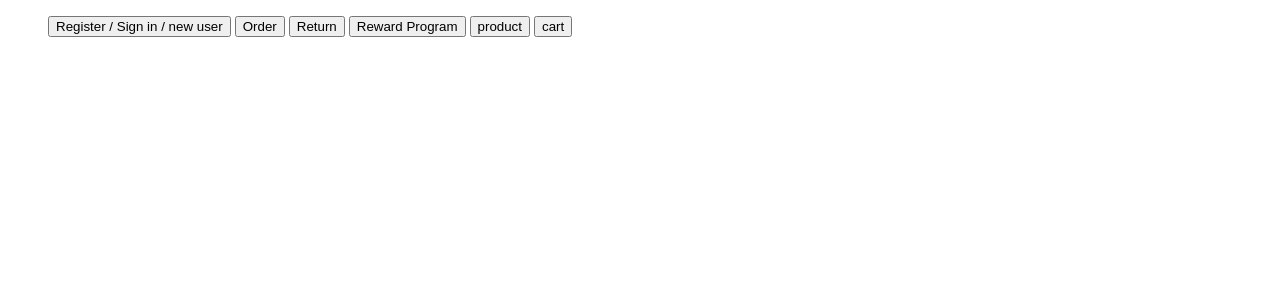
Repository: rahmankashfia/java-practise-eclipes
Page: TestProject/WebContent/WEB-INF/html/index.html
An editor plug-in stored every save of this project. The page is shown before and after the next save, followed by the edit.
The browser window is 1280 px wide. The pictures show the whole page.

Above is the page before, as saved 2020-02-05 04:32:49.

After the next save:
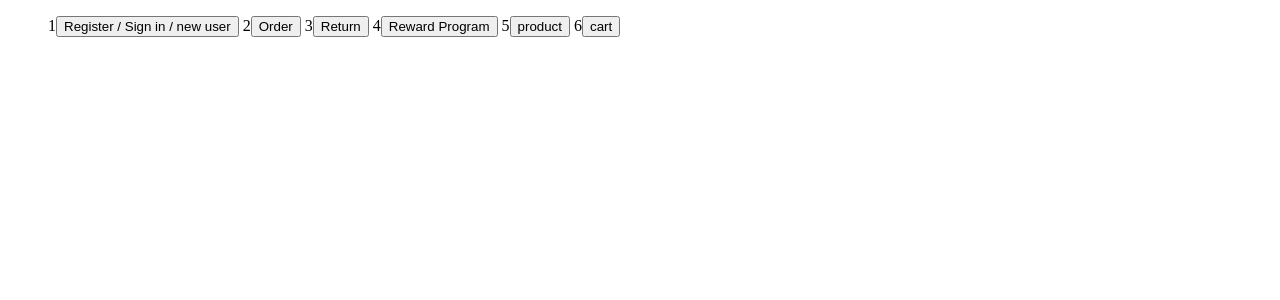
Saved 3 min 14 s later.
--- a/TestProject/WebContent/WEB-INF/html/index.html
+++ b/TestProject/WebContent/WEB-INF/html/index.html
@@ -13,12 +13,12 @@ ul#menu li {
 
 	<form id="mainMenu" method="post" action="/TestProject/navigator">
 		<ul id="menu">
-			<li><input name="registerPageRequest" type="submit" value="Register / Sign in / new user" /></li>
-			<li><input name="orderPageRequest" type="submit" value="Order" /></li>
-			<li><input name="returnPageRequest" type="submit" value="Return" /></li>
-			<li><input name="rewardPageRequest" type="submit" value="Reward Program" /></li>
-			<li><input name="productPageRequest" type="submit" value="product" /></li>
-			<li><input name="cartPageRequest" type="submit" value="cart" /></li>
+			<li name="menu1">1<input name="registerPageRequest" type="submit" value="Register / Sign in / new user" /></li>
+			<li>2<input name="orderPageRequest" type="submit" value="Order" /></li>
+			<li>3<input name="returnPageRequest" type="submit" value="Return" /></li>
+			<li>4<input name="rewardPageRequest" type="submit" value="Reward Program" /></li>
+			<li>5<input name="productPageRequest" type="submit" value="product" /></li>
+			<li>6<input name="cartPageRequest" type="submit" value="cart" /></li>
 		</ul>
 	</form>
 
